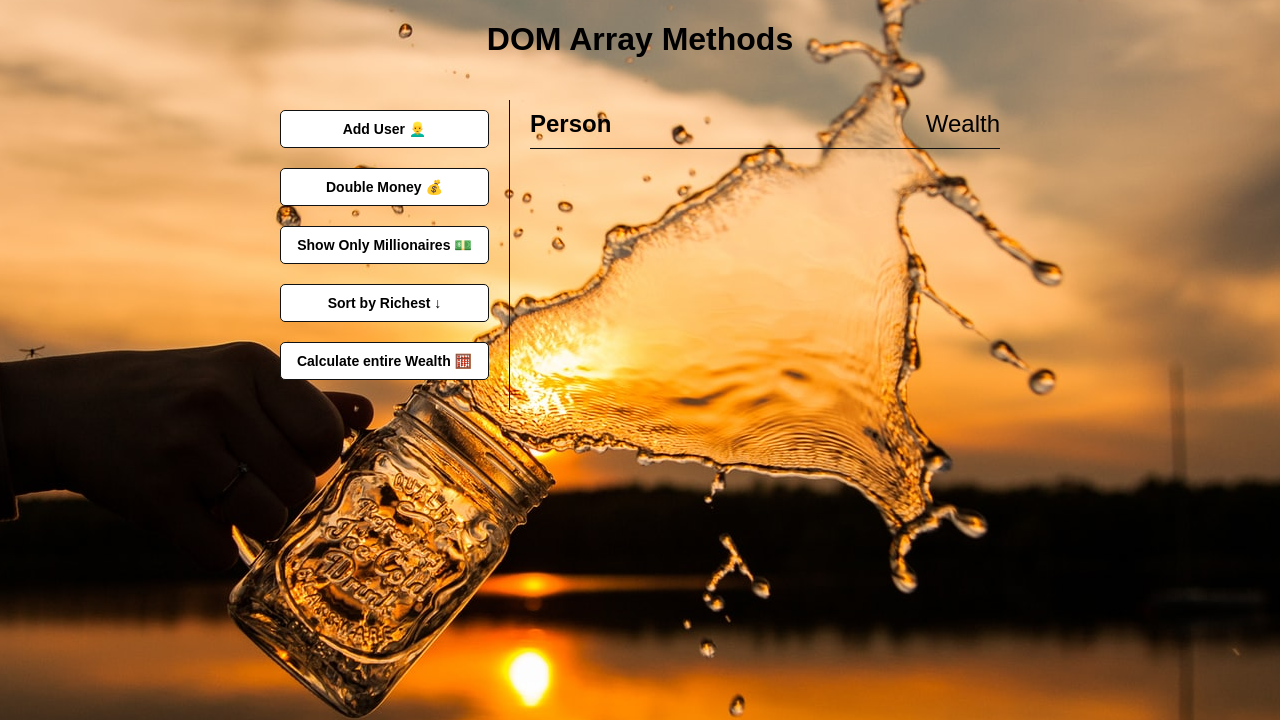
Repository: CAMPSLOPY/RandomUserInfoGenerator
Page: index.html
These files come from the project's save history. The page is drawn as it stood at one moment and after the next save; the edit follows.
The browser window is 1280 px wide. The pictures show the whole page.

Above is the page before, as saved 2021-01-19 12:09:41.

### index.html
<!DOCTYPE html>
<html lang="en">
  <head>
    <meta charset="UTF-8" />
    <meta name="viewport" content="width=device-width, initial-scale=1.0" />
    <meta http-equiv="X-UA-Compatible" content="ie=edge" />
    <meta name="robots" content="index,follow" />
    <meta
      name="description"
      content="This app is used to understand how popular array methods like filter(),map() works.."
    />
    <link rel="stylesheet" href="/styles.css" />
    <link rel="icon" href="./User_36491.png">
    <title>RandomUserGenerator</title>
  </head>
  <body>
    <h1>DOM Array Methods</h1>

    <div class="container">
      <aside>
        <button id="add-user">Add User 👱‍♂️</button>
        <button id="double">Double Money 💰</button>
        <button id="show-millionaires">Show Only Millionaires 💵</button>
        <button id="sort">Sort by Richest ↓</button>
        <button id="calculate-wealth">Calculate entire Wealth 🧮</button>
      </aside>

      <main id="main">
        <h2><strong>Person</strong> Wealth</h2>
      </main>
    </div>

  </body>
</html>

### styles.css
* {
    box-sizing: border-box;
  }

  body {
    background-image: url('./img/back.jpeg');
    background-repeat: no-repeat;
    background-position: center;
    background-size: ;
    font-family: Arial, Helvetica, sans-serif;
    display: flex;
    flex-direction: column;
    align-items: center;
    min-height: 100vh;
    margin: 0;
  }

  .container {
    display: flex;
    padding: 20px;
    margin: 0 auto;
    max-width: 100%;
    width: 800px;
  }

  aside {
    padding: 10px 20px;
    width: 250px;
    border-right: 1px solid #111;
  }

  button {
    cursor: pointer;
    background-color: #fff;
    border: solid 1px #111;
    border-radius: 5px;
    display: block;
    width: 100%;
    padding: 10px;
    margin-bottom: 20px;
    font-weight: bold;
    font-size: 14px;
  }

  main {
    flex: 1;
    padding: 10px 20px;
  }

  h2 {
    border-bottom: 1px solid #111;
    padding-bottom: 10px;
    display: flex;
    justify-content: space-between;
    font-weight: 300;
    margin: 0 0 20px;
  }

  h3 {
    background-color: #fff;
    border-bottom: 1px solid #111;
    padding: 10px;
    display: flex;
    justify-content: space-between;
    font-weight: 300;
    margin: 20px 0 0;
  }

  .person {
    display: flex;
    justify-content: space-between;
    font-size: 20px;
    margin-bottom: 10px;
  }

After the next save:
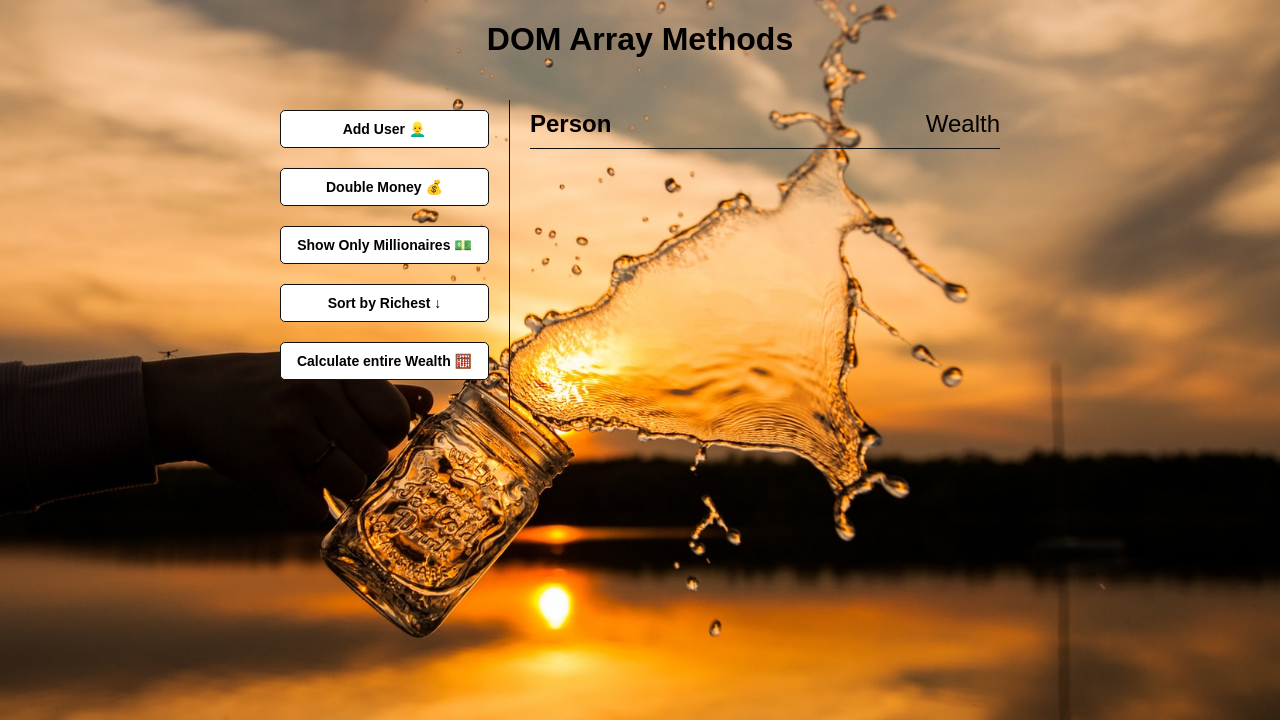
Saved 4 s later.
--- a/styles.css
+++ b/styles.css
@@ -6,7 +6,7 @@
     background-image: url('./img/back.jpeg');
     background-repeat: no-repeat;
     background-position: center;
-    background-size: ;
+    background-size: cover;
     font-family: Arial, Helvetica, sans-serif;
     display: flex;
     flex-direction: column;
